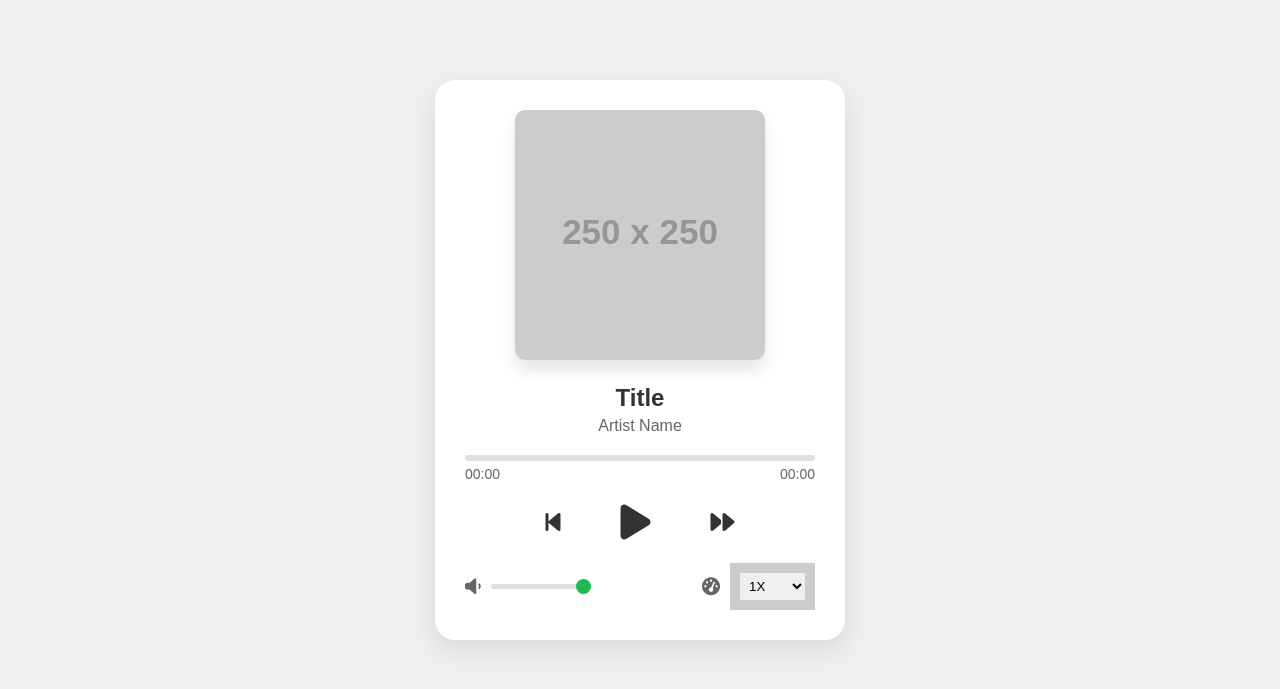
Repository: Abdulahi338/mp3-player-using-js
Page: AudioPlayer/index.html
The author's editor kept a copy of each file at every save. The page is drawn from the files as they stood at one save, then again after the next save.
The browser window is 1280 px wide. The pictures show the whole page.

Above is the page before, as saved 2025-02-02 17:44:08.

### AudioPlayer/index.html
<!DOCTYPE html>
<html lang="en">
<head>
    <meta charset="UTF-8">
    <meta name="viewport" content="width=device-width, initial-scale=1.0">
    <title>Document</title>
    <link rel="stylesheet" href="style.css">
    <link rel="stylesheet" href="https://cdnjs.cloudflare.com/ajax/libs/font-awesome/6.7.2/css/all.min.css" integrity="sha512-Evv84Mr4kqVGRNSgIGL/F/aIDqQb7xQ2vcrdIwxfjThSH8CSR7PBEakCr51Ck+w+/U6swU2Im1vVX0SVk9ABhg==" crossorigin="anonymous" referrerpolicy="no-referrer" />
</head>
<body>
    <div class="music-player">
        <div class="song-info">
            <img src="https://placehold.co/250" alt="song image">
            <h2 id="title">Title</h2>
            <p id="artist">Artist Name</p>
        </div>
    <!-- progress -->
        <div class="progress-container">
            <div class="progreess-bar">
                <div class="progress"></div>
            </div>
            <div class="time">
                <span id="current-time">00:00</span>
                <span id="duration">00:00</span>
            </div>
        </div>
        <!-- contrls -->
         <div class="controls">
            <button id="prev" class="control-btn"><i class="fas fa-step-backward"></i></button>
            <button id="play" class="control-btn play-btn"><i class="fas fa-play"></i></button>
            <button id="next" class="control-btn"><i class="fas fa-forward"></i></button>
         </div>
          <div class="additional-controlls">
                     <!-- other controlls -->

            <div class="value-contrlls">
                <i class="fas fa-volume-down"></i>
                <input type="range" name="volume" id="volume" min="0" max="1" step="o.1" value="1">
              </div>
              <!-- speed -->
               <div class="speed-controll">
                <i class="fas fa-tachometer-alt"></i>
                <select name="speed" id="speed">
                    <option value="0.5">0.5X</option>
                    <option value="0.75">0.75X</option>
                    <option value="1" selected>1X</option>
                    <option value="1.25">1.25X</option>
                    <option value="2">2X</option>

                </select>
               </div>

          </div>

    </div>
  <script src="mian.js"></script>
</body>
</html>

### AudioPlayer/style.css
*{
    padding: 0;
    margin: 0;
    box-sizing: 0;
}
body{
    font-family: Arial, Helvetica, sans-serif;
    display: flex;
    align-items: center;
    justify-content: center;
    height: 100vh;
    background-color: #f0f0f0;
}
.music-player{
    background-color: #fff;
    border-radius: 20px;
    width: 350px;
    text-align: center;
    padding: 30px;
    box-shadow: 0  10px 30px rgba(0,0,0,0.1);

}
.song-info img{
    width: 250px;
    height: 250px;
    border-radius: 10px;
    box-shadow: 0 10px 15px rgba(0,0,0,0.1);
    margin-bottom: 20px;
}
.song-info h2{
    font-size: 24px;
    margin-bottom: 5px;
    color: #333;
}
.song-info p{
    font-size: 16px;
    color: #666;
    margin-bottom: 20px;
}
.progress-container{
    margin-bottom: 20px;
}
.progreess-bar{
    background-color: #e0e0e0;
    height: 6px;
    overflow: hidden;
    border-radius: 5px;
}
.progress{
    background-color: #1db954;
    width: 0%;
    height: 100%;
    transition: width 0.1sec linear;

}
.time{
    display: flex;
    justify-content:space-between;
    margin-top: 5px;
    font-size: 14px;
    color: #666;
}
.controls{
    display: flex;
    align-items: center;
    justify-content: center;
    margin-bottom: 20px;
}
.control-btn{
    background: none;
    border: none;
    font-size:24px;
    color: #333;
    padding:0 15px;
    cursor: pointer;
    margin: 0 15px;
    transition: color 0.3sec ease;
}
.control-btn:hover{
    color: #1db954;
}
.fa-play{
    font-size: 40px;
}
.additional-controlls{
    display: flex;
    justify-content: space-between;
    align-items: center;
}
.speed-controll, .value-contrlls{
    display: flex;
    align-items: center;
}
.speed-controll i, .value-contrlls i{
    font-size: 18px;
    color: #666;
    margin-right: 10px;
}
#volume{
    -webkit-appearance: none;
    width: 100px;
    height: 5px;
    background-color: #e0e0e0;
    border-radius: 5px;
    outline: none;
}
#volume::-webkit-slider-thumb{
    -webkit-appearance: none;
    width: 15px;
    height: 15px;
    background-color:  #1db954;
    border-radius: 50%;
    cursor: pointer;
}
#volume::-moz-range-thumb{
    -webkit-appearance: none;
    width: 15px;
    height: 15px;
    background-color:  #1db954;
    border-radius: 50%;
    cursor: pointer;

}
#speed{
    padding: 5px;
    border: 10px solid #ccc;
    background-color: ;
}

Loaded but not shown: AudioPlayer/mian.js (no copy from this time; the picture is the same without it)

After the next save:
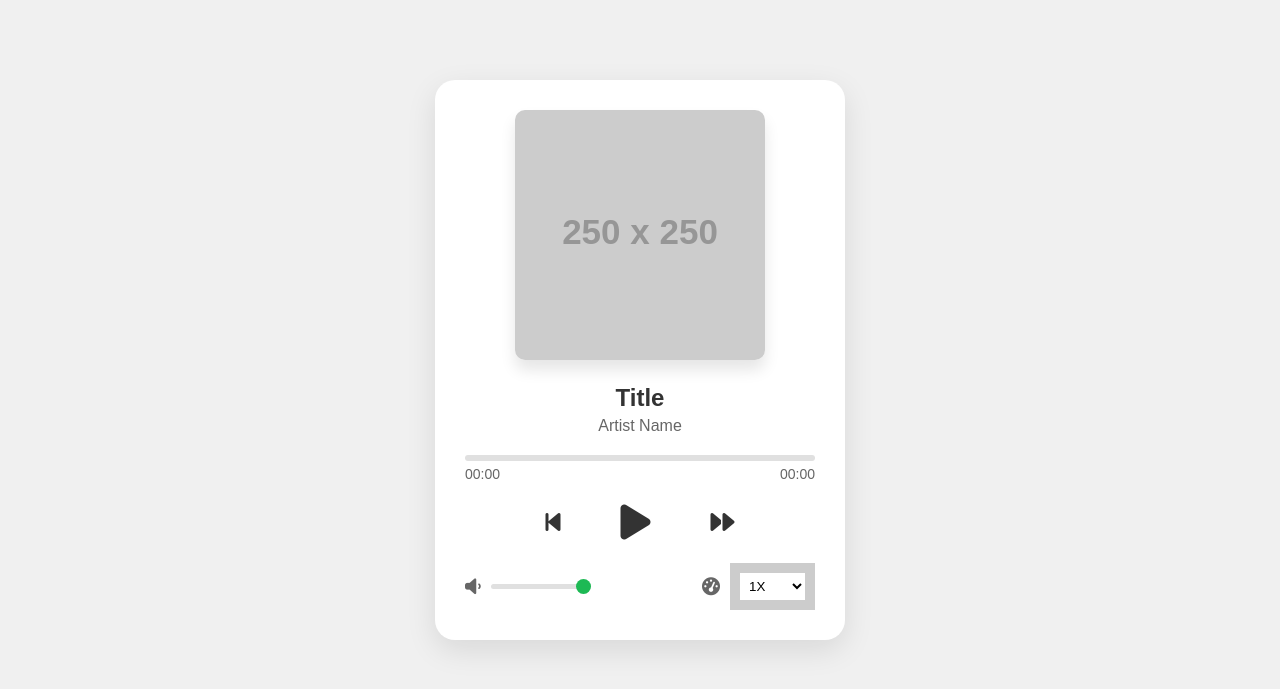
Saved 5 s later.
--- a/AudioPlayer/style.css
+++ b/AudioPlayer/style.css
@@ -124,5 +124,5 @@ body{
 #speed{
     padding: 5px;
     border: 10px solid #ccc;
-    background-color: ;
+    background-color: #fff;
 }
